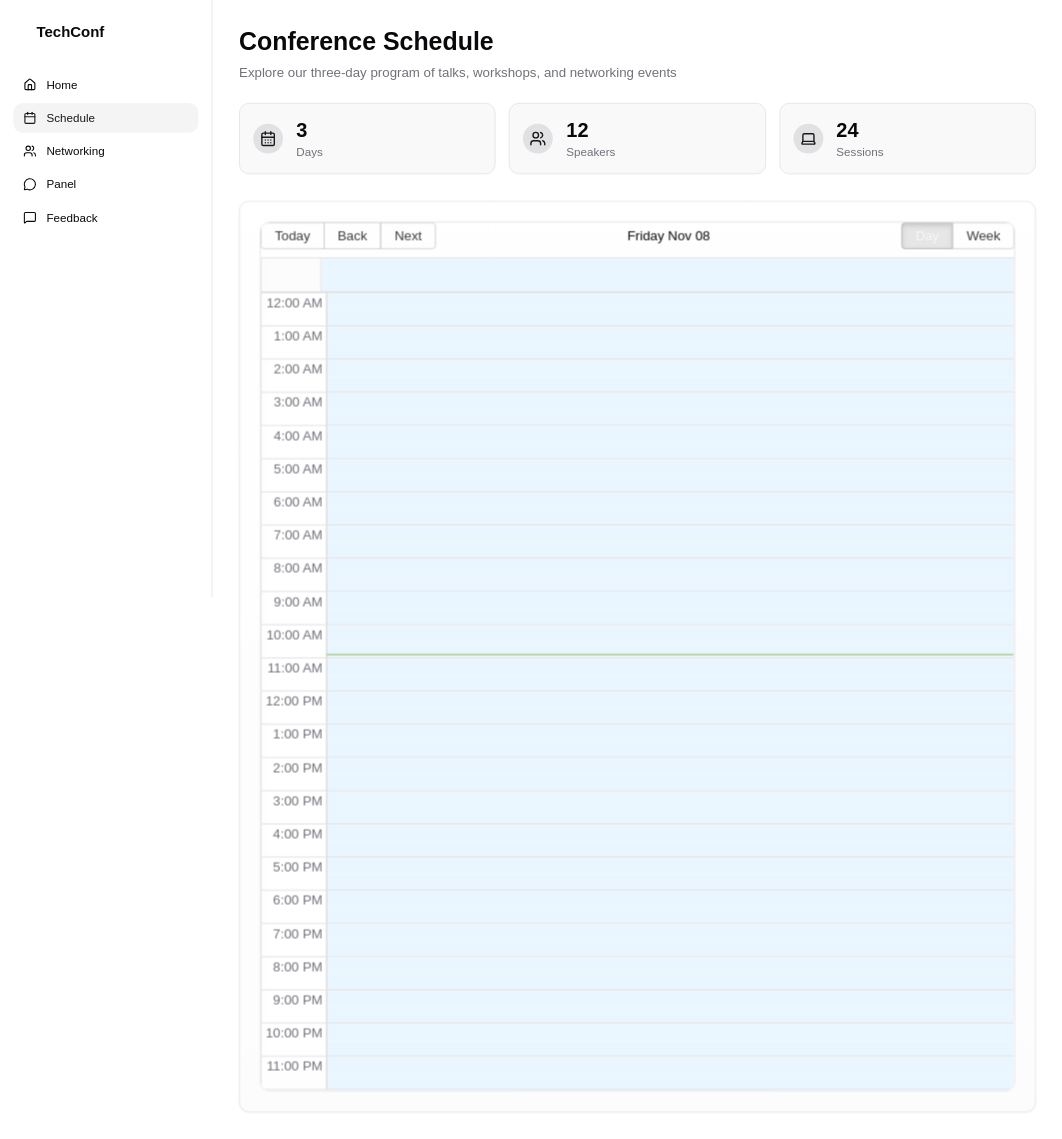
Repository: mrnavdal/symposium-2024
Page: /schedule (app in symposium24/)
These files come from the project's save history. The page is drawn as it stood at one moment and after the next save; the edit follows.
The browser window is 1280 px wide. The pictures show the whole page, at 83% of full size.
The project was rebuilt for these pictures with package versions that can differ from the ones it lists, and the page was loaded fresh each time. The framework's server and built-in components were replaced by stand-ins that run in the browser. Also part of the build but not shown: symposium24/next.config.ts.

Above is the page before, as saved 2024-11-08 13:28:35.

### symposium24/src/app/layout.tsx
import type { Metadata } from "next";
import localFont from "next/font/local";
import { ThemeProvider } from "@/components/ThemeProvider";
import { Navigation } from "@/components/Navigation";
import "./globals.css";
import '@/styles/calendar.css'

const geistSans = localFont({
  src: "./fonts/GeistVF.woff",
  variable: "--font-geist-sans",
  weight: "100 900",
});
const geistMono = localFont({
  src: "./fonts/GeistMonoVF.woff",
  variable: "--font-geist-mono",
  weight: "100 900",
});

export const metadata: Metadata = {
  title: "TechConf 2024",
  description: "Conference schedule and information",
};

export default function RootLayout({
  children,
}: Readonly<{
  children: React.ReactNode;
}>) {
  return (
    <html lang="en" suppressHydrationWarning>
      <body
        className={`${geistSans.variable} ${geistMono.variable} antialiased min-h-screen`}
      >
        <ThemeProvider
          attribute="class"
          defaultTheme="system"
          enableSystem
          disableTransitionOnChange
        >
          <Navigation />
          <main className="pb-16 md:pb-0 md:pl-64">
            {children}
          </main>
        </ThemeProvider>
      </body>
    </html>
  );
}

### symposium24/src/app/schedule/page.tsx
import { Calendar } from '@/components/Calendar'
import { Container } from '@/components/ui/container'
import { PageTransition } from '@/components/PageTransition'
import { AnimatedCard } from '@/components/ui/animated-card'
import { events } from '@/data/events'
import { ScheduleHeader } from '@/components/ScheduleHeader'

export default function SchedulePage() {
  return (
    <PageTransition>
      <Container className="py-8">
        <ScheduleHeader />
        <AnimatedCard
          delay={0.2}
          className="bg-gradient-to-b from-background to-muted/20 backdrop-blur-sm"
        >
          <div className="rounded-lg overflow-hidden border bg-card/50">
            <Calendar events={events} />
          </div>
        </AnimatedCard>
      </Container>
    </PageTransition>
  )
}

### symposium24/src/components/ThemeProvider.tsx
'use client'

import * as React from 'react'
import { ThemeProvider as NextThemesProvider } from 'next-themes'

interface ThemeProviderProps {
  children: React.ReactNode
  attribute?: string
  defaultTheme?: string
  enableSystem?: boolean
  disableTransitionOnChange?: boolean
}

export function ThemeProvider({
  children,
  attribute,
  defaultTheme,
  enableSystem,
  disableTransitionOnChange,
}: ThemeProviderProps) {
  return (
    <NextThemesProvider
      attribute={attribute as 'class' | 'data-theme'}
      defaultTheme={defaultTheme}
      enableSystem={enableSystem}
      disableTransitionOnChange={disableTransitionOnChange}
    >
      {children}
    </NextThemesProvider>
  )
}

### symposium24/src/components/Navigation.tsx
'use client'

import { usePathname } from 'next/navigation'
import Link from 'next/link'
import { cn } from '@/lib/utils'
import {
  Home,
  Calendar,
  Users,
  MessageCircle,
  MessageSquare,
  LucideIcon
} from 'lucide-react'

interface NavItem {
  href: string
  label: string
  icon: LucideIcon
}

const navItems: NavItem[] = [
  { href: '/', label: 'Home', icon: Home },
  { href: '/schedule', label: 'Schedule', icon: Calendar },
  { href: '/networking', label: 'Networking', icon: Users },
  { href: '/discussion', label: 'Panel', icon: MessageCircle },
  { href: '/feedback', label: 'Feedback', icon: MessageSquare },
]

export function Navigation() {
  const pathname = usePathname()

  return (
    <>
      {/* Desktop Side Navigation */}
      <nav className="hidden md:flex fixed left-0 top-0 h-screen w-64 border-r bg-background p-4">
        <div className="space-y-4 w-full">
          <div className="px-3 py-2">
            <h2 className="mb-2 px-4 text-lg font-semibold">TechConf</h2>
          </div>
          <div className="space-y-1">
            {navItems.map((item) => (
              <Link
                key={item.href}
                href={item.href}
                className={cn(
                  'flex items-center gap-3 rounded-lg px-3 py-2 text-sm transition-colors',
                  pathname === item.href
                    ? 'bg-secondary text-secondary-foreground'
                    : 'hover:bg-secondary/80'
                )}
              >
                <item.icon className="h-4 w-4" />
                {item.label}
              </Link>
            ))}
          </div>
        </div>
      </nav>

      {/* Mobile Bottom Navigation */}
      <nav className="md:hidden fixed bottom-0 left-0 right-0 border-t bg-background z-50">
        <div className="flex items-center justify-around">
          {navItems.map((item) => (
            <Link
              key={item.href}
              href={item.href}
              className={cn(
                'flex flex-col items-center gap-1 p-3 text-xs',
                pathname === item.href
                  ? 'text-primary'
                  : 'text-muted-foreground'
              )}
            >
              <item.icon className="h-5 w-5" />
              <span>{item.label}</span>
            </Link>
          ))}
        </div>
      </nav>

      {/* Content Padding for Mobile Bottom Nav */}
      <div className="pb-16 md:pb-0 md:pl-64">
        {/* This div wraps the main content to provide padding */}
      </div>
    </>
  )
}

### symposium24/src/app/globals.css
@tailwind base;
@tailwind components;
@tailwind utilities;

body {
  font-family: Arial, Helvetica, sans-serif;
}

@layer base {
  :root {
    --background: 0 0% 100%;
    --foreground: 240 10% 3.9%;
    --card: 0 0% 100%;
    --card-foreground: 240 10% 3.9%;
    --popover: 0 0% 100%;
    --popover-foreground: 240 10% 3.9%;
    --primary: 240 5.9% 10%;
    --primary-foreground: 0 0% 98%;
    --secondary: 240 4.8% 95.9%;
    --secondary-foreground: 240 5.9% 10%;
    --muted: 240 4.8% 95.9%;
    --muted-foreground: 240 3.8% 46.1%;
    --accent: 240 4.8% 95.9%;
    --accent-foreground: 240 5.9% 10%;
    --destructive: 0 84.2% 60.2%;
    --destructive-foreground: 0 0% 98%;
    --border: 240 5.9% 90%;
    --input: 240 5.9% 90%;
    --ring: 240 5.9% 10%;
    --chart-1: 12 76% 61%;
    --chart-2: 173 58% 39%;
    --chart-3: 197 37% 24%;
    --chart-4: 43 74% 66%;
    --chart-5: 27 87% 67%;
    --radius: 0.75rem;
  }
  .dark {
    --background: 240 10% 3.9%;
    --foreground: 0 0% 98%;
    --card: 240 10% 3.9%;
    --card-foreground: 0 0% 98%;
    --popover: 240 10% 3.9%;
    --popover-foreground: 0 0% 98%;
    --primary: 0 0% 98%;
    --primary-foreground: 240 5.9% 10%;
    --secondary: 240 3.7% 15.9%;
    --secondary-foreground: 0 0% 98%;
    --muted: 240 3.7% 15.9%;
    --muted-foreground: 240 5% 64.9%;
    --accent: 240 3.7% 15.9%;
    --accent-foreground: 0 0% 98%;
    --destructive: 0 62.8% 30.6%;
    --destructive-foreground: 0 0% 98%;
    --border: 240 3.7% 15.9%;
    --input: 240 3.7% 15.9%;
    --ring: 240 4.9% 83.9%;
    --chart-1: 220 70% 50%;
    --chart-2: 160 60% 45%;
    --chart-3: 30 80% 55%;
    --chart-4: 280 65% 60%;
    --chart-5: 340 75% 55%;
  }
}

@layer base {
  * {
    @apply border-border;
  }
  body {
    @apply bg-background text-foreground;
  }
}

### symposium24/src/styles/calendar.css
/* Dark mode styles */
.rbc-calendar-dark {
  @apply text-white;
}

.rbc-calendar-dark .rbc-header {
  @apply bg-muted/50 border-border text-muted-foreground font-medium;
}

.rbc-calendar-dark .rbc-time-view {
  @apply border-border bg-card/50 backdrop-blur-sm;
}

.rbc-calendar-dark .rbc-time-header {
  @apply bg-muted/50 border-border;
}

.rbc-calendar-dark .rbc-time-content {
  @apply border-border;
}

.rbc-calendar-dark .rbc-time-slot {
  @apply text-muted-foreground;
}

.rbc-calendar-dark .rbc-today {
  @apply bg-muted/50;
}

.rbc-calendar-dark .rbc-current-time-indicator {
  @apply bg-primary;
}

/* General styles */
.rbc-header {
  @apply py-3 font-medium text-muted-foreground border-border bg-muted/30;
}

.rbc-time-view {
  @apply border-border bg-card/50 backdrop-blur-sm;
}

.rbc-time-header {
  @apply border-border bg-muted/30;
}

.rbc-time-content {
  @apply border-border;
}

.rbc-event {
  @apply rounded-md border shadow-sm;
}

.rbc-event-content {
  @apply text-sm font-medium;
}

.rbc-today {
  @apply bg-muted/30;
}

.rbc-current-time-indicator {
  @apply bg-primary;
}

.rbc-toolbar {
  @apply mb-4;
}

.rbc-toolbar button {
  @apply rounded-md border-border bg-card hover:bg-muted/50 transition-colors;
}

.rbc-toolbar button.rbc-active {
  @apply bg-primary text-primary-foreground hover:bg-primary/90;
}

.rbc-time-slot {
  @apply text-muted-foreground;
}

### symposium24/src/components/Calendar.tsx
'use client'

import { Calendar as BigCalendar, momentLocalizer, View } from 'react-big-calendar'
import moment from 'moment'
import { CalendarEvent } from '@/types/event'
import { cn } from '@/lib/utils'
import { useTheme } from 'next-themes'
import { useMemo } from 'react'

import 'react-big-calendar/lib/css/react-big-calendar.css'

const localizer = momentLocalizer(moment)

const eventStyleGetter = (event: CalendarEvent) => {
  const isPast = moment(event.end).isBefore(moment())
  const isOngoing = moment().isBetween(event.start, event.end)

  const baseStyle = {
    workshop: 'bg-blue-500/90 hover:bg-blue-600 border-blue-600',
    lecture: 'bg-green-500/90 hover:bg-green-600 border-green-600',
    networking: 'bg-purple-500/90 hover:bg-purple-600 border-purple-600'
  }[event.type]

  return {
    className: cn(
      baseStyle,
      'rounded-md border backdrop-blur-sm transition-colors',
      isPast && 'opacity-50 hover:opacity-70',
      isOngoing && 'ring-2 ring-yellow-400/50 shadow-lg'
    ),
    style: {
      padding: '4px 8px',
    }
  }
}

interface CalendarProps {
  events: CalendarEvent[]
}

export function Calendar({ events }: CalendarProps) {
  const { theme } = useTheme()

  const calendarProps = useMemo(() => ({
    className: cn(
      'h-[700px] md:h-[800px]',
      theme === 'dark' && 'rbc-calendar-dark'
    ),
    localizer,
    events,
    defaultView: 'day' as View,
    views: ['day', 'week'] as View[],
    step: 30,
    timeslots: 2,
    eventPropGetter: eventStyleGetter,
    tooltipAccessor: (event: CalendarEvent) =>
      `${event.title}\nLocation: ${event.location}\nSpeaker: ${event.speaker}`,
  }), [events, theme])

  return <BigCalendar {...calendarProps} />
}

### symposium24/src/components/ui/container.tsx
import { cn } from '@/lib/utils'

interface ContainerProps extends React.HTMLAttributes<HTMLDivElement> {}

export function Container({ className, ...props }: ContainerProps) {
  return (
    <div
      className={cn('mx-auto max-w-7xl px-4 sm:px-6 lg:px-8', className)}
      {...props}
    />
  )
}

### symposium24/src/components/PageTransition.tsx
'use client'

import { motion } from 'framer-motion'
import { fadeIn } from '@/lib/animations'

interface PageTransitionProps {
  children: React.ReactNode
  className?: string
}

export function PageTransition({ children, className }: PageTransitionProps) {
  return (
    <motion.div
      variants={fadeIn}
      initial="initial"
      animate="animate"
      exit="exit"
      className={className}
    >
      {children}
    </motion.div>
  )
}

### symposium24/src/components/ui/animated-card.tsx
'use client'

import { motion } from 'framer-motion'
import { scaleIn } from '@/lib/animations'
import { cn } from '@/lib/utils'

interface AnimatedCardProps extends React.HTMLAttributes<HTMLDivElement> {
  delay?: number
}

export function AnimatedCard({
  children,
  className,
  delay = 0,
  ...props
}: AnimatedCardProps) {
  return (
    <motion.div
      variants={scaleIn}
      initial="initial"
      whileInView="animate"
      exit="exit"
      viewport={{ once: true }}
      transition={{ delay }}
      className={cn(
        'rounded-lg border bg-card p-6 shadow-sm',
        className
      )}
      {...(props as any)} // Type assertion to fix incompatible event handler types
    >
      {children}
    </motion.div>
  )
}

### symposium24/src/data/events.ts
import { CalendarEvent } from '@/types/event'

export const events: CalendarEvent[] = [
  {
    id: '1',
    title: 'Introduction to Web3',
    type: 'lecture',
    start: new Date(2024, 3, 15, 10, 0), // April 15, 2024, 10:00 AM
    end: new Date(2024, 3, 15, 11, 30),
    speaker: 'Jane Smith',
    location: 'Main Hall',
    description: 'An overview of Web3 technologies and their impact on the future of the internet.'
  },
  {
    id: '2',
    title: 'Building Smart Contracts',
    type: 'workshop',
    start: new Date(2024, 3, 15, 13, 0),
    end: new Date(2024, 3, 15, 15, 0),
    speaker: 'John Doe',
    location: 'Workshop Room A',
    description: 'Hands-on workshop on creating and deploying smart contracts.'
  },
  {
    id: '3',
    title: 'Networking Lunch',
    type: 'networking',
    start: new Date(2024, 3, 15, 12, 0),
    end: new Date(2024, 3, 15, 13, 0),
    speaker: '',
    location: 'Dining Hall',
    description: 'Network with fellow attendees over lunch.'
  }
]

### symposium24/src/components/ScheduleHeader.tsx
import { CalendarDays, Users, Laptop } from 'lucide-react'

const stats = [
  {
    icon: CalendarDays,
    label: 'Days',
    value: '3'
  },
  {
    icon: Users,
    label: 'Speakers',
    value: '12'
  },
  {
    icon: Laptop,
    label: 'Sessions',
    value: '24'
  }
]

export function ScheduleHeader() {
  return (
    <div className="mb-8 space-y-6">
      <div className="space-y-2">
        <h1 className="text-3xl font-bold">Conference Schedule</h1>
        <p className="text-muted-foreground">
          Explore our three-day program of talks, workshops, and networking events
        </p>
      </div>

      <div className="grid grid-cols-2 md:grid-cols-3 gap-4">
        {stats.map(({ icon: Icon, label, value }) => (
          <div
            key={label}
            className="flex items-center gap-4 p-4 rounded-lg bg-muted/50 border"
          >
            <div className="p-2 rounded-full bg-primary/10">
              <Icon className="w-5 h-5 text-primary" />
            </div>
            <div>
              <div className="text-2xl font-bold">{value}</div>
              <div className="text-sm text-muted-foreground">{label}</div>
            </div>
          </div>
        ))}
      </div>
    </div>
  )
}

### symposium24/src/lib/animations.ts
export const fadeIn = {
  initial: { opacity: 0, y: 20 },
  animate: { opacity: 1, y: 0 },
  exit: { opacity: 0, y: 20 }
}

export const staggerContainer = {
  animate: {
    transition: {
      staggerChildren: 0.1
    }
  }
}

export const slideIn = {
  initial: { x: -20, opacity: 0 },
  animate: { x: 0, opacity: 1 },
  exit: { x: 20, opacity: 0 }
}

export const scaleIn = {
  initial: { scale: 0.9, opacity: 0 },
  animate: { scale: 1, opacity: 1 },
  exit: { scale: 0.9, opacity: 0 }
}

### symposium24/tailwind.config.ts
import type { Config } from "tailwindcss";

export default {
    darkMode: ["class"],
    content: [
    "./src/pages/**/*.{js,ts,jsx,tsx,mdx}",
    "./src/components/**/*.{js,ts,jsx,tsx,mdx}",
    "./src/app/**/*.{js,ts,jsx,tsx,mdx}",
  ],
  theme: {
  	extend: {
  		colors: {
  			background: 'hsl(var(--background))',
  			foreground: 'hsl(var(--foreground))',
  			card: {
  				DEFAULT: 'hsl(var(--card))',
  				foreground: 'hsl(var(--card-foreground))'
  			},
  			popover: {
  				DEFAULT: 'hsl(var(--popover))',
  				foreground: 'hsl(var(--popover-foreground))'
  			},
  			primary: {
  				DEFAULT: 'hsl(var(--primary))',
  				foreground: 'hsl(var(--primary-foreground))'
  			},
  			secondary: {
  				DEFAULT: 'hsl(var(--secondary))',
  				foreground: 'hsl(var(--secondary-foreground))'
  			},
  			muted: {
  				DEFAULT: 'hsl(var(--muted))',
  				foreground: 'hsl(var(--muted-foreground))'
  			},
  			accent: {
  				DEFAULT: 'hsl(var(--accent))',
  				foreground: 'hsl(var(--accent-foreground))'
  			},
  			destructive: {
  				DEFAULT: 'hsl(var(--destructive))',
  				foreground: 'hsl(var(--destructive-foreground))'
  			},
  			border: 'hsl(var(--border))',
  			input: 'hsl(var(--input))',
  			ring: 'hsl(var(--ring))',
  			chart: {
  				'1': 'hsl(var(--chart-1))',
  				'2': 'hsl(var(--chart-2))',
  				'3': 'hsl(var(--chart-3))',
  				'4': 'hsl(var(--chart-4))',
  				'5': 'hsl(var(--chart-5))'
  			}
  		},
  		borderRadius: {
  			lg: 'var(--radius)',
  			md: 'calc(var(--radius) - 2px)',
  			sm: 'calc(var(--radius) - 4px)'
  		}
  	}
  },
  plugins: [
    require("tailwindcss-animate"),
    require('@tailwindcss/typography'),
  ],
} satisfies Config;

Loaded but not shown: symposium24/src/lib/utils.ts (common file)

After the next save:
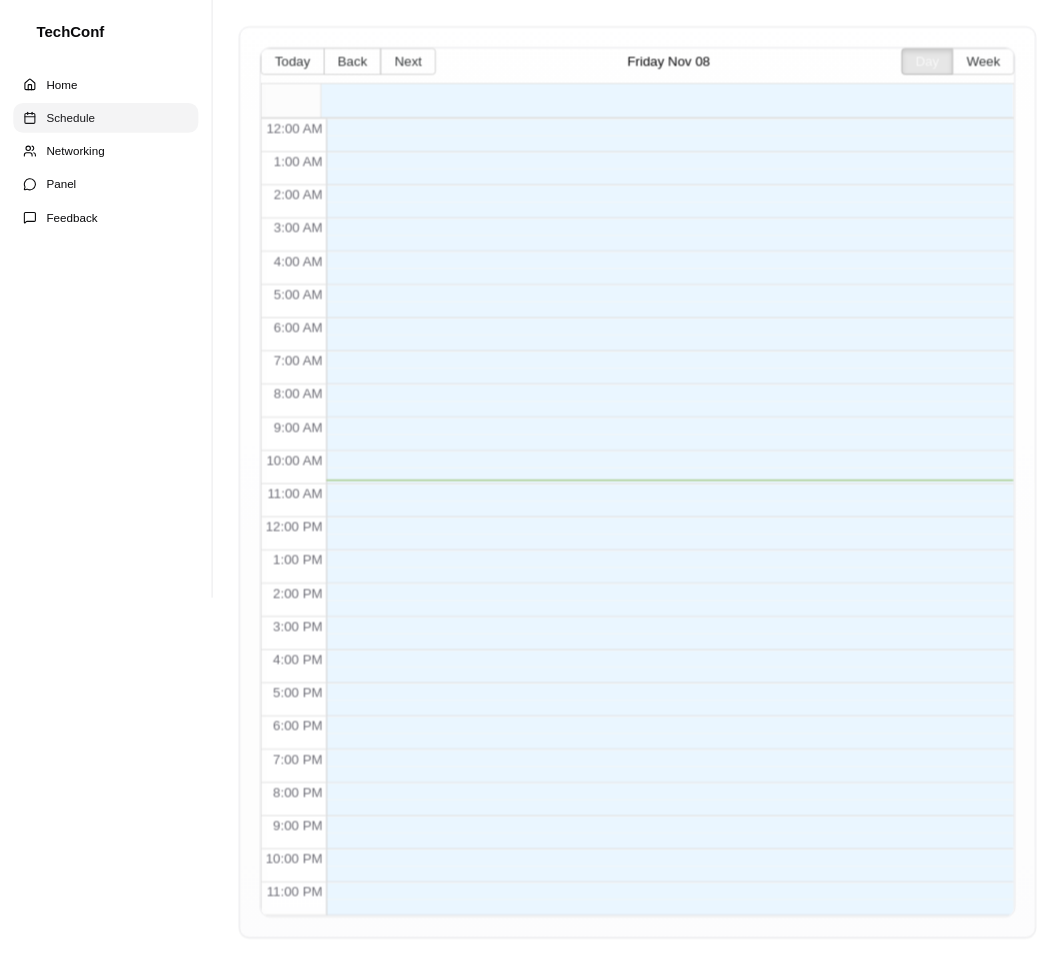
Saved 29 s later.
--- a/symposium24/src/app/schedule/page.tsx
+++ b/symposium24/src/app/schedule/page.tsx
@@ -3,13 +3,11 @@ import { Container } from '@/components/ui/container'
 import { PageTransition } from '@/components/PageTransition'
 import { AnimatedCard } from '@/components/ui/animated-card'
 import { events } from '@/data/events'
-import { ScheduleHeader } from '@/components/ScheduleHeader'
 
 export default function SchedulePage() {
   return (
     <PageTransition>
       <Container className="py-8">
-        <ScheduleHeader />
         <AnimatedCard
           delay={0.2}
           className="bg-gradient-to-b from-background to-muted/20 backdrop-blur-sm"
